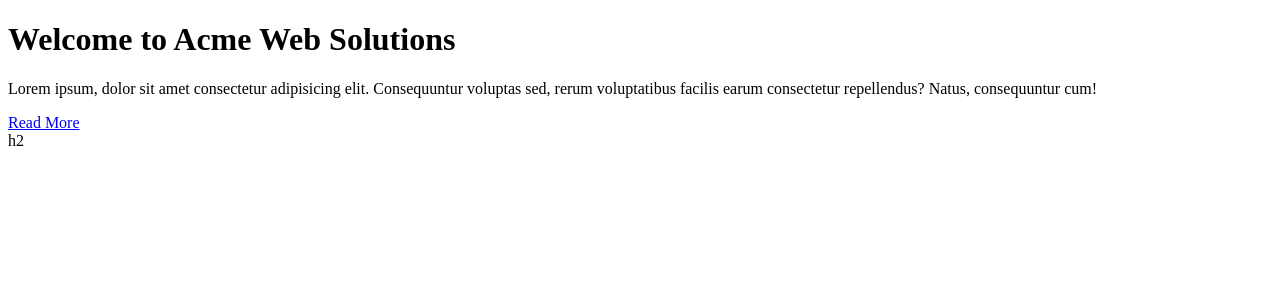
Repository: ErikBaer/MobileFirst
Page: index.html
An editor plug-in stored every save of this project. The page is shown before and after the next save, followed by the edit.
The browser window is 1280 px wide. The pictures show the whole page.

Above is the page before, as saved 2020-02-15 02:03:08.

After the next save:
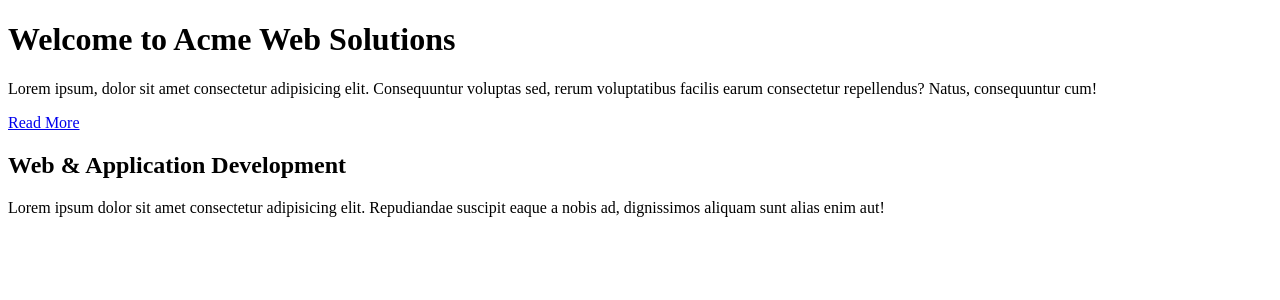
Saved 83 s later.
--- a/index.html
+++ b/index.html
@@ -21,7 +21,10 @@
 <main id="main">
     <section id="section-a" class="grid">
         <div class="content-wrap">
-            h2
+            <h2 class="content-title">Web & Application Development</h2>
+            <p>Lorem ipsum dolor sit amet consectetur adipisicing elit.
+                Repudiandae suscipit eaque a nobis ad, dignissimos aliquam
+                 sunt alias enim aut!</p>
         </div>
 
     </section>
